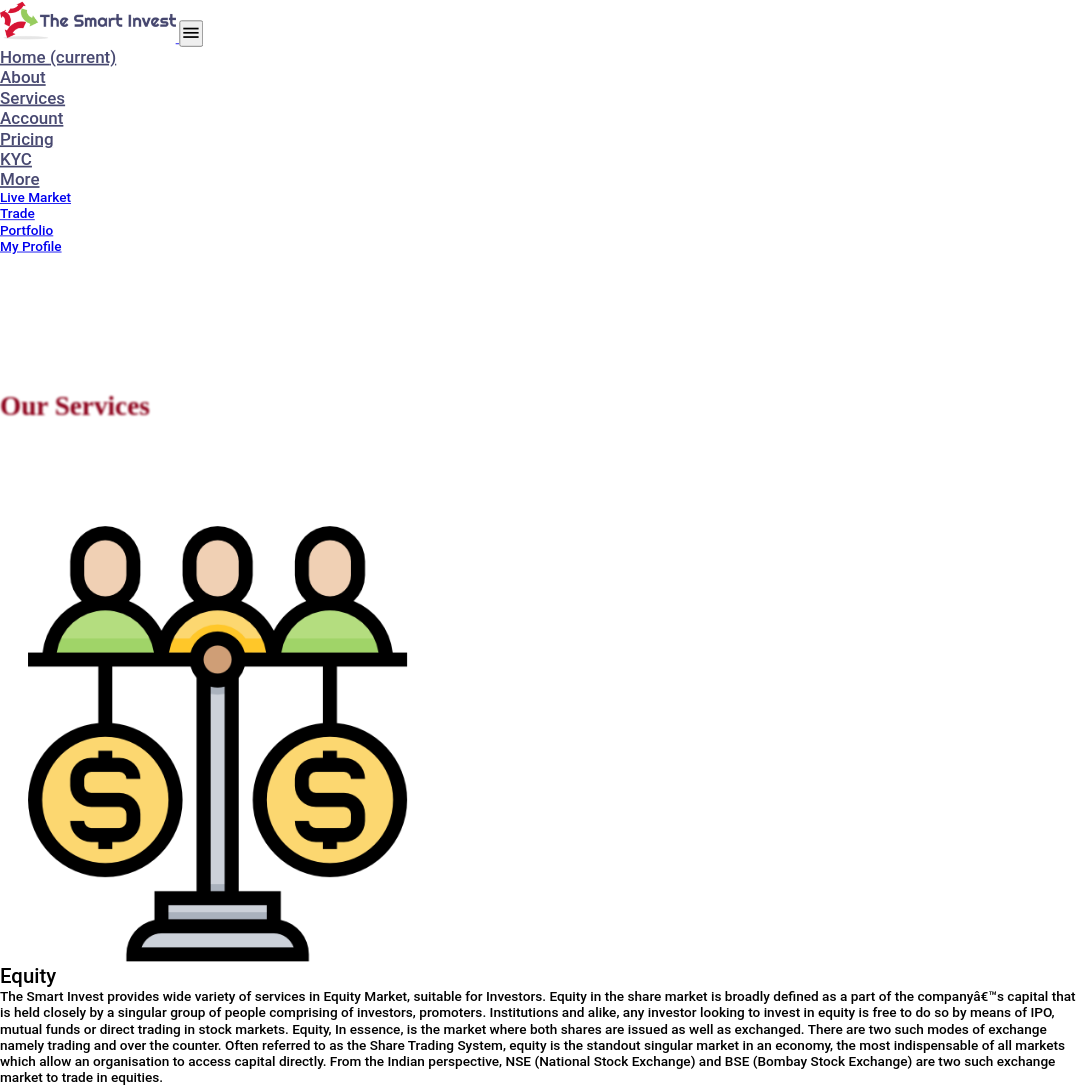
Repository: Demonster1999/Invest-Mart-new
Page: services.html
The author's editor kept a copy of each file at every save. The page is drawn from the files as they stood at one save, then again after the next save.
The browser window is 1280 px wide. The pictures show the whole page, at 85% of full size.
Some web libraries are served in a nearby version.

Above is the page before, as saved 2020-05-01 21:32:44.
Console error: TypeError: Failed to execute 'addEventListener' on 'EventTarget': parameter 2 is not of type 'Object'.

After the next save:
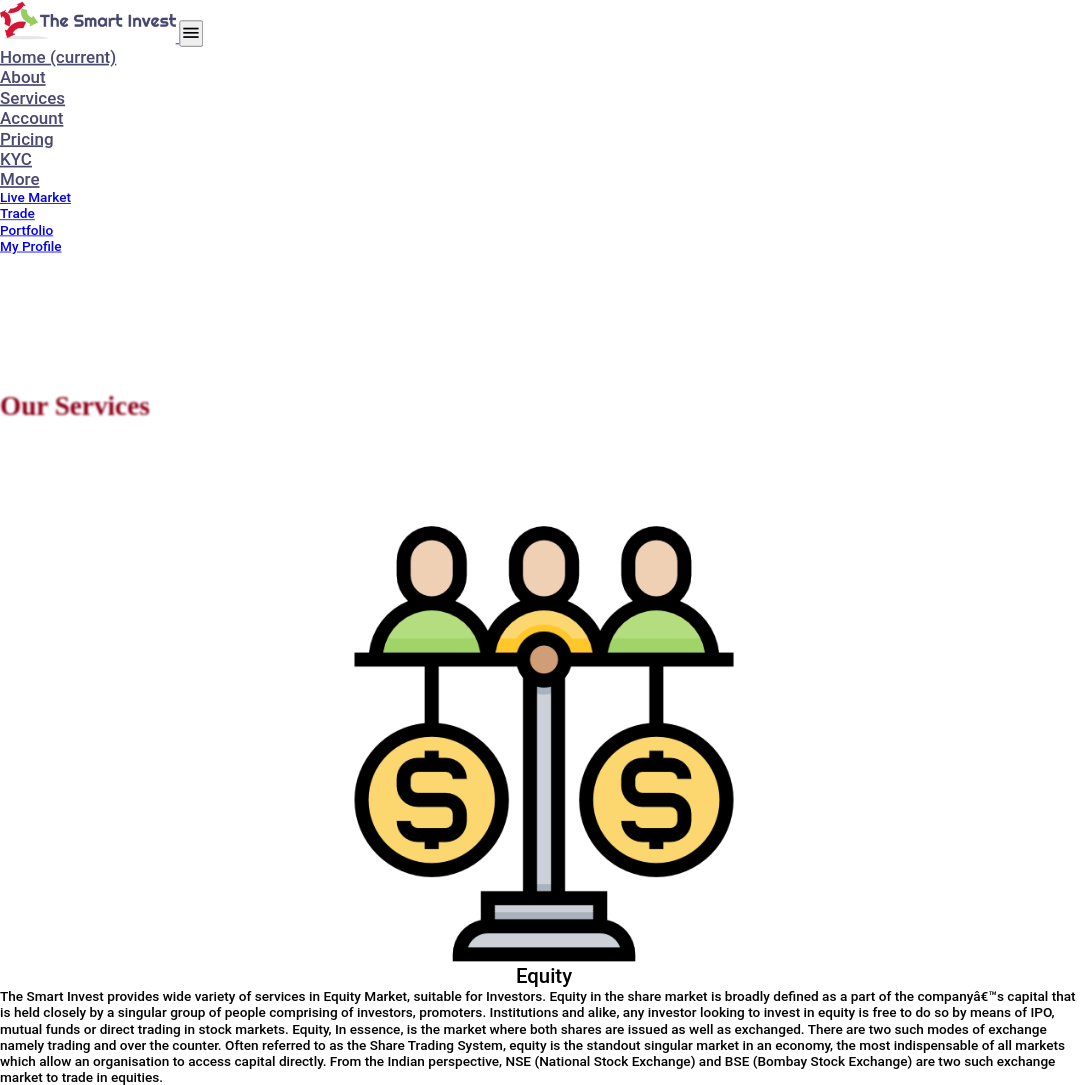
Saved 21 s later.
--- a/services.html
+++ b/services.html
@@ -88,9 +88,11 @@
    -->
    <div class="services container-fluid pt-5 mt-5">
      <div class="row">
-       <div class="col-md-6">
+       <center>
         <img src="static/imgs/icons/equity.png" alt="">
         <h2 class=" m-2"> Equity </h2>
+       </center><div class="col-md-6">
+
        </div>
        <div class="col-md-6">
 <p>
